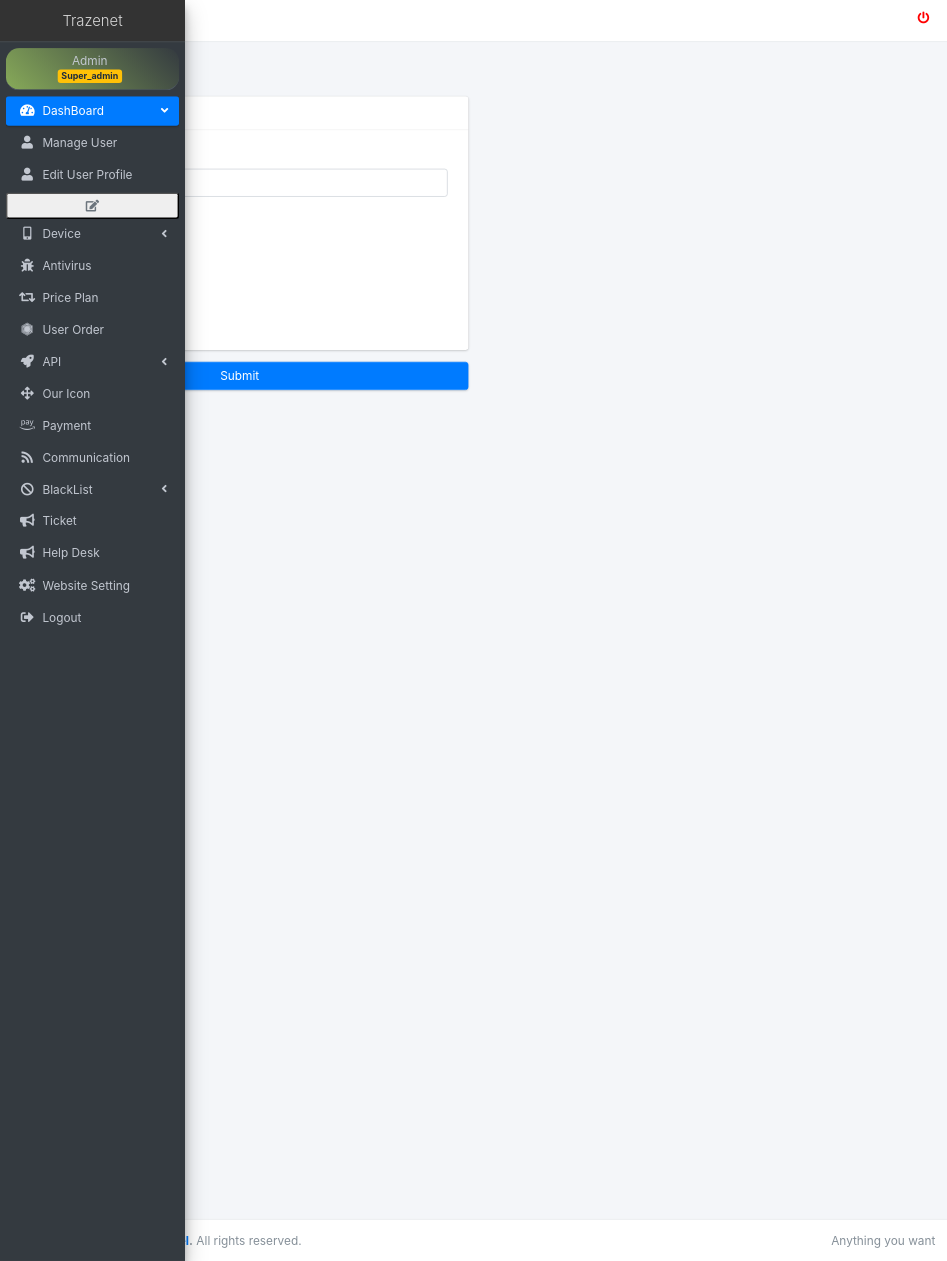
Repository: ufaqashraf/dashboard-laravel8
Page: http://localhost/icon
The author's editor kept a copy of each file at every save. The page is drawn from the files as they stood at one save, then again after the next save.
The browser window is 1280 px wide. The pictures show the whole page, at 74% of full size.
Some web fonts or font styles are not loaded; a fallback is used. The page is served by the project's Laravel application, run on PHP 8.4 with Laravel 8. The first stored user is signed in. Other server files are loaded and not shown. The database holds what the project's SQL file puts in it.

Above is the page before, as saved 2021-03-28 02:57:23.

### resources/views/layouts/backend/sidebar.blade.php
<aside class="main-sidebar sidebar-dark-primary elevation-4">
    <a href="{{route('dashboard')}}" class="brand-link" style="background: #333;text-align:center">
      @if ($data->icon)
        <img height="40px" width="40px" src="{{asset('/images/'.optional($data)->icon)}}" alt="">
      @else
        <span class="brand-text font-weight-light">Trazenet</span>
      @endif
    </a>

    <div class="sidebar">
      <div class="user-panel mt-2 pb-1 mb-2 d-flex" style="background: linear-gradient(45deg, #87aa59, transparent);
      border-radius: 18px;">
        <div class="image">
        </div>
        <div class="info" style="text-align: center;margin-left: -19px;
        width: 100%;">
          <a href="#" class="d-block" style="text-transform: capitalize;">{{optional($data)->f_name}}</a>
          <span class="badge badge-warning" style="text-transform: capitalize;">{{optional($data)->type}}</span>
        </div>
      </div>

      <nav class="mt-2">
        <ul class="nav nav-pills nav-sidebar flex-column" data-widget="treeview" role="menu" data-accordion="false">

          <li class="nav-item has-treeview menu-open">
              <a href="{{route('dashboard')}}" class="nav-link active">
                <i class="nav-icon fas fa-tachometer-alt"></i>
                <p>
                  DashBoard
                  <i class="right fas fa-angle-left"></i>
                </p>
              </a>
          </li>
          @if ($data->type == 'super_admin')
          <li class="nav-item has-treeview">
            <a href="{{route('get.user')}}" class="nav-link">
              <i class="nav-icon fa fa-user"></i>
              <p>
                Manage User
              </p>
            </a>
          </li>
          @endif

          <li class="nav-item has-treeview">
            <a onclick="edit({{ $data   }})" class="nav-link" style="cursor: pointer;">
              <i class="nav-icon fa fa-user"></i>
              <p>
                Edit User Profile
              </p>
            </a>
          </li>
          <button onclick="edit({{ $data   }})" class="nav-link">
            <i class="fa fa-edit"></i>
        </button>
          <li class="nav-item has-treeview">
            <a href="#" class="nav-link">
                <i class="nav-icon fas fa-mobile-alt"></i>
              <p>
                Device
                <i class="fas fa-angle-left right"></i>
              </p>
            </a>
            <ul class="nav nav-treeview" style="display: none; margin-left:20px;">
                <li class="nav-item" style="font-size: 15px;">
                  <a href="{{ route('create.device') }}" class="nav-link">
                    <i class="fa fa-check-circle nav-icon" aria-hidden="true"></i>
                    <p>Add Device</p>
                  </a>
                </li>
                <li class="nav-item" style="font-size: 15px;">
                    <a href="{{route('device')}}" class="nav-link">
                      <i class="fa fa-check-circle nav-icon" aria-hidden="true"></i>
                      <p>Manage Device</p>
                    </a>
                </li>
            </ul>
          </li>

          <li class="nav-item has-treeview">
            <a href="{{route('virus')}}" class="nav-link">
                <i class="nav-icon fas fa-bug"></i>
              <p>
                Antivirus
              </p>
            </a>
          </li>

          <li class="nav-item has-treeview">
            <a href="{{route('plan')}}" class="nav-link">
                <i class="nav-icon fas fa-retweet"></i>
              <p>
                Price Plan
              </p>
            </a>
          </li>
          <li class="nav-item has-treeview">
            <a href="{{route('order')}}" class="nav-link">
                <i class="nav-icon fab fa-first-order"></i>
              <p>
                @if ($data->type == 'super_admin')
                    User Order
                @else
                    My Order
                @endif

              </p>
            </a>
          </li>
          <li class="nav-item has-treeview">
            <a href="#" class="nav-link">
                <i class="nav-icon fas fa-rocket"></i>
              <p>
                API
                <i class="fas fa-angle-left right"></i>
              </p>
            </a>
            <ul class="nav nav-treeview" style="display: none; margin-left:20px;">
                <li class="nav-item" style="font-size: 15px;">
                  <a href="{{ route('get.api.key') }}" class="nav-link">
                    <i class="fa fa-check-circle nav-icon" aria-hidden="true"></i>
                    <p>API key</p>
                  </a>
                </li>
                @if ($data->type == 'super_admin')

                  <li class="nav-item" style="font-size: 15px;">
                      <a href="{{route('fields')}}" class="nav-link">
                        <i class="fa fa-check-circle nav-icon" aria-hidden="true"></i>
                        <p>Add/Manage Order Fields</p>
                      </a>
                  </li>

                @endif
                <li class="nav-item" style="font-size: 15px;">
                  <a href="{{route('rules')}}" class="nav-link">
                    <i class="fa fa-check-circle nav-icon" aria-hidden="true"></i>
                    <p>Add/Manage Rules</p>
                  </a>
              </li>
              <li class="nav-item" style="font-size: 15px;">
                <a href="{{route('noti')}}" class="nav-link">
                  <i class="fa fa-check-circle nav-icon" aria-hidden="true"></i>
                  <p>Alert and Singnal</p>
                </a>
            </li>
            </ul>
          </li>
          <li class="nav-item has-treeview">
            <a href="{{route('icon')}}" class="nav-link">
              <i class="nav-icon fas fa-arrows-alt"></i>
              <p>
                Our Icon
              </p>
            </a>
          </li>
          <li class="nav-item has-treeview">
            <a href="{{route('payment')}}" class="nav-link">
              <i class="nav-icon fab fa-amazon-pay"></i>
              <p>
                Payment
              </p>
            </a>
          </li>
          @if ($data->type == 'super_admin')
          <li class="nav-item has-treeview">
            <a href="{{ route('mail.inbox') }}" class="nav-link">
              <i class="nav-icon fas fa-rss"></i>
              <p>
                Communication
              </p>
            </a>
          </li>
          @endif
          <li class="nav-item has-treeview">
            <a href="#" class="nav-link">
                <i class="nav-icon fas fa-ban"></i>
              <p>
                BlackList
                <i class="fas fa-angle-left right"></i>
              </p>
            </a>
            <ul class="nav nav-treeview" style="display: none; margin-left:20px;">
                <li class="nav-item" style="font-size: 15px;">
                  <a href="{{ route('domain') }}" class="nav-link">
                    <i class="fa fa-check-circle nav-icon" aria-hidden="true"></i>
                    <p>Domain</p>
                  </a>
                </li>
                <li class="nav-item" style="font-size: 15px;">
                    <a href="{{ route('ip') }}" class="nav-link">
                      <i class="fa fa-check-circle nav-icon" aria-hidden="true"></i>
                      <p>IP</p>
                    </a>
                </li>
            </ul>
          </li>
          <li class="nav-item has-treeview">
            <a href="{{ url('/ticket') }}" class="nav-link">
              <i class="nav-icon fas fa-bullhorn"></i>
              <p>
                Ticket
              </p>
            </a>
          </li>
          <li class="nav-item has-treeview">
            <a href="{{ url('/messenger') }}" class="nav-link">
              <i class="nav-icon fas fa-bullhorn"></i>
              <p>
                Help Desk
              </p>
            </a>
          </li>
          @if ($data->type == 'super_admin')
          <li class="nav-item has-treeview">
            <a href="{{ route('setting') }}" class="nav-link">
              <i class="nav-icon fas fa-cogs"></i>
              <p>
                Website Setting
              </p>
            </a>
          </li>
          @endif
          <li class="nav-item has-treeview">
            <a href="{{ route('logout') }}" class="nav-link">
              <i class="nav-icon fas fa-sign-out-alt"></i>
              <p>
                Logout
              </p>
            </a>
          </li>
        </ul>
      </nav>
    </div>
  </aside>
  <script>
    function edit(user){
        $("#edit_data").show();
        $("#info").hide();
        $("#list").hide();
        $("#e_user").text(user.f_name+"'s Info");
        $("#e_username").val(user.username);
        $("#e_f_name").val(user.f_name);
        $("#e_l_name").val(user.l_name);
        $("#e_email").val(user.email);
        $("#e_phn").val(user.phn);
        $("#e_address").val(user.address);
        $("#e_city").val(user.city);
        $("#e_state").val(user.state);
        $("#e_country").val(user.country);
        $("#e_post_code").val(user.post_code);
        $("#e_position").val(user.position);
        $("#e_company").val(user.company);
        $("#e_url").val(user.company_url);
        $("#e_plan").text(user.get_plan.name);
        $("#e_plan").val(user.get_plan.id);
        $("#e_duration").val(user.duration);
        $("#e_duration").text(user.duration);
        $("#user_id").val(user.id);
    }
  </script>

### laravel.sql (the tables this page reads)
CREATE TABLE `settings` (
  `id` bigint(20) unsigned NOT NULL AUTO_INCREMENT,
  `site_name` varchar(255) COLLATE utf8mb4_unicode_ci NOT NULL,
  `site_title` varchar(255) COLLATE utf8mb4_unicode_ci DEFAULT NULL,
  `icon` varchar(255) COLLATE utf8mb4_unicode_ci DEFAULT NULL,
  `meta_name` varchar(255) COLLATE utf8mb4_unicode_ci DEFAULT NULL,
  `meta_des` varchar(255) COLLATE utf8mb4_unicode_ci DEFAULT NULL,
  `site_tag_line` varchar(255) COLLATE utf8mb4_unicode_ci NOT NULL,
  `address` varchar(255) COLLATE utf8mb4_unicode_ci NOT NULL,
  `cell` varchar(255) COLLATE utf8mb4_unicode_ci NOT NULL,
  `email` varchar(255) COLLATE utf8mb4_unicode_ci NOT NULL,
  `fb_link` varchar(255) COLLATE utf8mb4_unicode_ci DEFAULT NULL,
  `insta_link` varchar(255) COLLATE utf8mb4_unicode_ci DEFAULT NULL,
  `twitt_link` varchar(255) COLLATE utf8mb4_unicode_ci DEFAULT NULL,
  `tube_link` varchar(255) COLLATE utf8mb4_unicode_ci DEFAULT NULL,
  `logo` varchar(255) COLLATE utf8mb4_unicode_ci DEFAULT NULL,
  `created_at` timestamp NULL DEFAULT NULL,
  `updated_at` timestamp NULL DEFAULT NULL,
  PRIMARY KEY (`id`)
) ENGINE=InnoDB AUTO_INCREMENT=3 DEFAULT CHARSET=utf8mb4 COLLATE=utf8mb4_unicode_ci;

INSERT INTO `settings` VALUES (2,'https://trazenet.ideatechsolution.com/','https://trazenet.ide/','2011778567.png',NULL,NULL,'https://trazenet.ideatechsolution.com/','61/1 metro housing dhaka','01711431232','admin@admin.com',NULL,NULL,NULL,NULL,'1085501935.png','2021-03-22 13:57:08','2021-03-26 23:15:21');

CREATE TABLE `users` (
  `id` bigint(20) unsigned NOT NULL AUTO_INCREMENT,
  `username` varchar(255) COLLATE utf8mb4_unicode_ci NOT NULL,
  `f_name` varchar(255) COLLATE utf8mb4_unicode_ci NOT NULL,
  `l_name` varchar(255) COLLATE utf8mb4_unicode_ci DEFAULT NULL,
  `email` varchar(255) COLLATE utf8mb4_unicode_ci NOT NULL,
  `active_status` tinyint(1) DEFAULT '0',
  `dark_mode` tinyint(1) DEFAULT '0',
  `messenger_color` varchar(255) COLLATE utf8mb4_unicode_ci DEFAULT '#2180f3',
  `avatar` varchar(255) COLLATE utf8mb4_unicode_ci DEFAULT 'avatar.png',
  `phn` varchar(255) COLLATE utf8mb4_unicode_ci DEFAULT NULL,
  `address` varchar(255) COLLATE utf8mb4_unicode_ci DEFAULT NULL,
  `password` varchar(255) COLLATE utf8mb4_unicode_ci NOT NULL,
  `city` varchar(255) COLLATE utf8mb4_unicode_ci DEFAULT NULL,
  `country` varchar(255) COLLATE utf8mb4_unicode_ci DEFAULT NULL,
  `state` varchar(255) COLLATE utf8mb4_unicode_ci DEFAULT NULL,
  `post_code` varchar(255) COLLATE utf8mb4_unicode_ci DEFAULT NULL,
  `company` varchar(255) COLLATE utf8mb4_unicode_ci DEFAULT NULL,
  `company_url` varchar(255) COLLATE utf8mb4_unicode_ci DEFAULT NULL,
  `position` varchar(255) COLLATE utf8mb4_unicode_ci DEFAULT NULL,
  `private_test_key` varchar(255) COLLATE utf8mb4_unicode_ci DEFAULT NULL,
  `public_test_key` varchar(255) COLLATE utf8mb4_unicode_ci DEFAULT NULL,
  `type` varchar(255) COLLATE utf8mb4_unicode_ci NOT NULL DEFAULT 'user',
  `verified` varchar(255) COLLATE utf8mb4_unicode_ci DEFAULT NULL,
  `verification_token` varchar(255) COLLATE utf8mb4_unicode_ci DEFAULT NULL,
  `status` tinyint(1) DEFAULT '0',
  `edit_count` varchar(255) COLLATE utf8mb4_unicode_ci DEFAULT NULL,
  `duration` varchar(255) COLLATE utf8mb4_unicode_ci DEFAULT NULL,
  `icon_name` varchar(255) COLLATE utf8mb4_unicode_ci DEFAULT NULL,
  `icon` varchar(255) COLLATE utf8mb4_unicode_ci DEFAULT NULL,
  `payment` varchar(255) COLLATE utf8mb4_unicode_ci DEFAULT NULL,
  `is_block` tinyint(1) DEFAULT NULL,
  `remember_token` varchar(100) COLLATE utf8mb4_unicode_ci DEFAULT NULL,
  `created_at` timestamp NULL DEFAULT NULL,
  `updated_at` timestamp NULL DEFAULT NULL,
  `price_plan_id` bigint(20) unsigned DEFAULT NULL,
  PRIMARY KEY (`id`),
  UNIQUE KEY `users_email_unique` (`email`),
  KEY `users_price_plan_id_foreign` (`price_plan_id`),
  CONSTRAINT `users_price_plan_id_foreign` FOREIGN KEY (`price_plan_id`) REFERENCES `price_plans` (`id`)
) ENGINE=InnoDB AUTO_INCREMENT=21 DEFAULT CHARSET=utf8mb4 COLLATE=utf8mb4_unicode_ci;

INSERT INTO `users` VALUES (1,'admin','admin','admin','admin@admin.com',0,0,'#2180f3','avatar.png','',NULL,'$2y$10$n2KeMlpdyogAw581jT3su.Mc8GI3X7os4ZZAL77i2aCtzibRr.mOG',NULL,'',NULL,NULL,NULL,NULL,NULL,NULL,NULL,'super_admin','1',NULL,1,NULL,NULL,NULL,NULL,'done',NULL,NULL,NULL,'2021-03-27 00:44:34',NULL),(8,'test','test','test','test@gmail.com',0,0,'#2180f3','avatar.png','0987654321555','adsfsd','$2y$10$n2KeMlpdyogAw581jT3su.Mc8GI3X7os4ZZAL77i2aCtzibRr.mOG','dsfsdf sssdd','Bangladesh dddd','California','dasfdsf','ddd eee','dfgfdg','ceo','sW51Td0sFVoD8Orn','ShGPPB7vrZ','user','1','nxnmBBPSA98NnJZ4rF7zItybKSpVoeWk',1,'4','Monthly','Drive+ UK Limited','104680940.jpg','done',1,NULL,'2021-03-20 09:01:20','2021-03-27 17:42:33',NULL),(15,'sss','ffff','sss','ideatech.engineear@gmail.com',0,0,'#2180f3','avatar.png','0987654321876','dhaka','$2y$10$M5ve0E5Gj809ff8rxaxp0OgswFbwEzDT1UJ13cxhCUqgFgzHfM9IS','dhaka','Albania','test','gfhgfh',NULL,'test.com','test.gg','D8wijkxtYmUpxGp2','BXeQYuXXx5','user','1','',0,'3','Monthly',NULL,NULL,'done',NULL,NULL,'2021-03-27 00:50:42','2021-03-27 16:28:48',1),(16,'thomadek','ade','kadri','ade.adekoya@driveplus.com.ng',0,0,'#2180f3','avatar.png','00000000000088','12 west way','$2y$10$BUdlGxij75dwuBDG.HNGdOst6q3cXlYwgQOQH8DLtdcxYDYR3D49O','Lagos','Nigeria','lagos','234','Driveplus','www.driveplus.com.ng','CEO','52K3oFQk5FRrqP0f','SvFDh9hiXr','user',NULL,'HIf8aGGsnVTK3TWgv1VyQG7wcvXZf745',0,'1','Annually',NULL,NULL,'',NULL,NULL,'2021-03-27 01:11:41','2021-03-27 17:09:54',1),(17,'rezoan','Rezoan','ul islam','rezoan.official@gmail.com',0,0,'#2180f3','avatar.png','8801684090806','Mohammadpur, Dhaka.','$2y$10$TF1zegy7F0Ac.OuCHW217ucVc9HIxz4QFULrb0JLhRoFREKiIg50u','Mohammadpur, Dhaka','Bangladesh','Dhaka','1208','Abc','test.com','abb','sG9pRLjdA9RmLHkt','I8kHVdcAJx','user','1','',0,NULL,'Monthly',NULL,NULL,'',NULL,NULL,'2021-03-27 17:40:11','2021-03-27 18:25:21',2),(19,'rez','ssss','islam','ideatechtutorial@gmail.com',0,0,'#2180f3','avatar.png','8801684090806','Mohammadpur, Dhaka.','$2y$10$nHvSMj6b0bH/0PBHhVBOeu8paRiwXqRkqN.CNj80tpmAIUgVF.78u','Mohammadpur, Dhaka','Bangladesh','Dhaka','1208','xyz','xuz.com','Tezs','c97etvu7mrlKOm6J','6cdPdOsTrc','user',NULL,'VBEQqnkdqulD5HwcNPeYnJVSiVe9sNtY',0,'1','Annually',NULL,NULL,'',NULL,NULL,'2021-03-27 18:36:38','2021-03-27 16:28:24',2),(20,'2222','sss','sssss','ufaq@gmail.com',0,0,'#2180f3','avatar.png',NULL,NULL,'$2y$10$HJxvvNLK5ulPGMg1jR5wu.r1BPSAC4pYb/D8hoL1BP7leA0OH3mOa',NULL,NULL,NULL,NULL,'ssss',NULL,NULL,'lWIbMMqjhGm9RPKQ','wMxKrDsPiH','user',NULL,'yvJk9PW61NBcQjjh3EsHbgvKna1ruWVz',0,NULL,'Monthly',NULL,NULL,'',NULL,NULL,'2021-03-27 19:04:56','2021-03-27 19:04:56',1);

Loaded but not shown: app/Http/Controllers/Controller.php (common file); app/Models/Setting.php (common file); public/backend/plugins/fontawesome-free/css/all.min.css (library); public/backend/plugins/tempusdominus-bootstrap-4/css/tempusdominus-bootstrap-4.min.css (library); public/backend/plugins/icheck-bootstrap/icheck-bootstrap.min.css (library); public/backend/plugins/jqvmap/jqvmap.min.css (common file); public/backend/dist/css/adminlte.min.css (library); public/backend/plugins/overlayScrollbars/css/OverlayScrollbars.min.css (library); public/backend/plugins/daterangepicker/daterangepicker.css (library); public/backend/plugins/summernote/summernote-bs4.css (library); public/backend/plugins/datatables-bs4/css/dataTables.bootstrap4.css (library); public/backend/plugins/select2/css/select2.min.css (library); public/backend/plugins/sweetalert2/sweetalert2.min.css (library); public/backend/plugins/jquery/jquery.min.js (library); public/backend/plugins/jquery-ui/jquery-ui.min.js (library); public/backend/plugins/bootstrap/js/bootstrap.bundle.min.js (library); public/backend/plugins/chart.js/Chart.min.js (library); public/backend/plugins/sparklines/sparkline.js (library); public/backend/plugins/jqvmap/jquery.vmap.min.js (library); public/backend/plugins/jqvmap/maps/jquery.vmap.usa.js (library); public/backend/plugins/jquery-knob/jquery.knob.min.js (library); public/backend/plugins/moment/moment.min.js (library); public/backend/plugins/daterangepicker/daterangepicker.js (library); public/backend/plugins/tempusdominus-bootstrap-4/js/tempusdominus-bootstrap-4.min.js (library); public/backend/plugins/overlayScrollbars/js/jquery.overlayScrollbars.min.js (library); public/backend/plugins/datatables/jquery.dataTables.js (library); public/backend/plugins/datatables-bs4/js/dataTables.bootstrap4.js (library); public/backend/plugins/select2/js/select2.full.min.js (library); public/backend/plugins/sweetalert2/sweetalert2.min.js (library); public/backend/dist/js/adminlte.js (1790 lines, source omitted); public/backend/dist/js/validate.js (301 lines, source omitted); public/backend/dist/css/dropzone.css (531 lines, source omitted); app/Http/Controllers/Backend/DashboardController.php (289 lines, source omitted); resources/views/layouts/backend/header.blade.php (196 lines, source omitted); resources/views/layouts/backend/our-icon/icon.blade.php (151 lines, source omitted); resources/views/layouts/backend/footer.blade.php (61 lines, source omitted); app/Models/User.php (30 lines, source omitted); resources/views/layouts/backend/app.blade.php (11 lines, source omitted); routes/web.php (148 lines, source omitted)

After the next save:
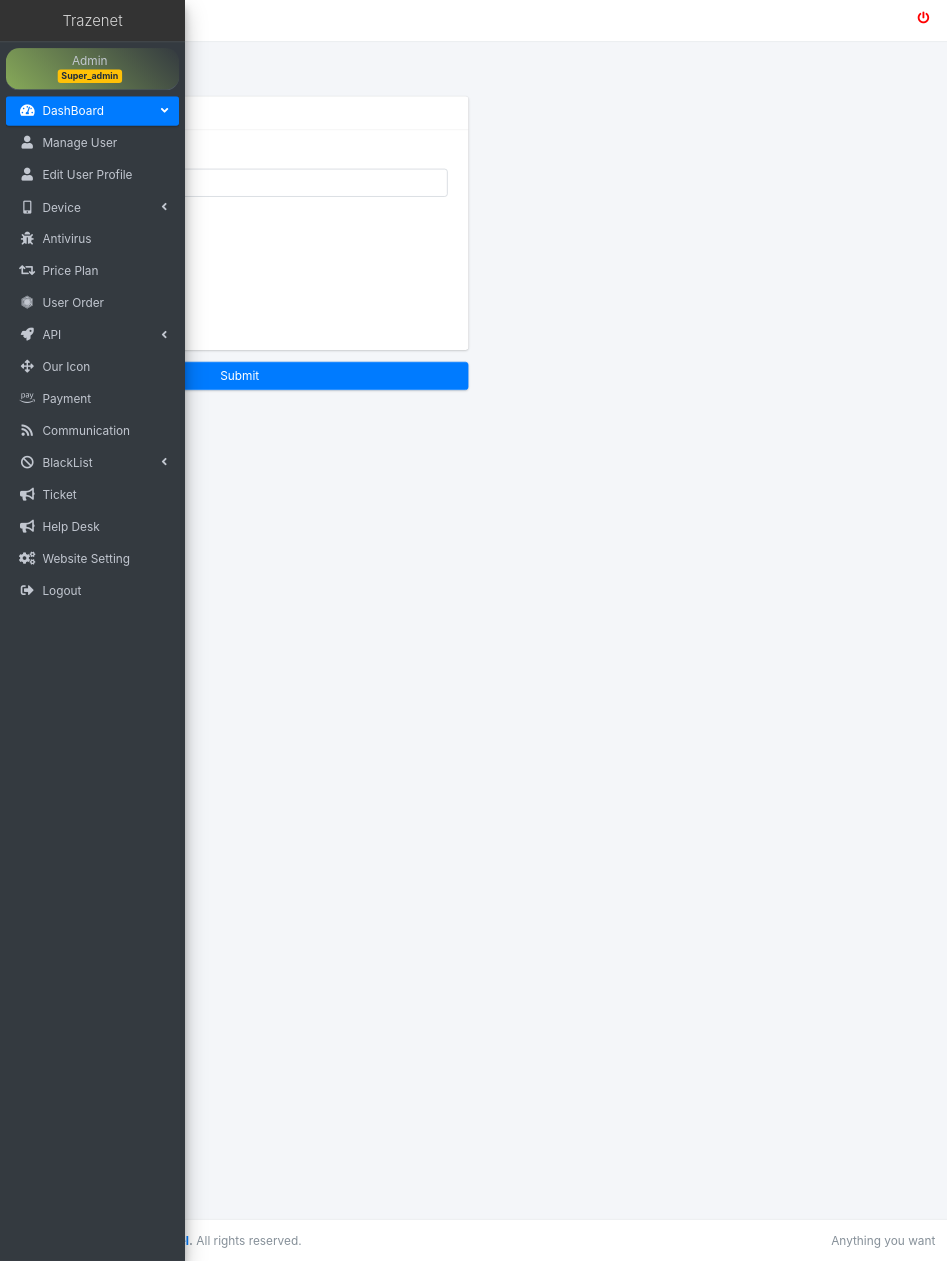
Saved 8 s later.
--- a/resources/views/layouts/backend/sidebar.blade.php
+++ b/resources/views/layouts/backend/sidebar.blade.php
@@ -50,9 +50,7 @@
               </p>
             </a>
           </li>
-          <button onclick="edit({{ $data   }})" class="nav-link">
-            <i class="fa fa-edit"></i>
-        </button>
+
           <li class="nav-item has-treeview">
             <a href="#" class="nav-link">
                 <i class="nav-icon fas fa-mobile-alt"></i>
